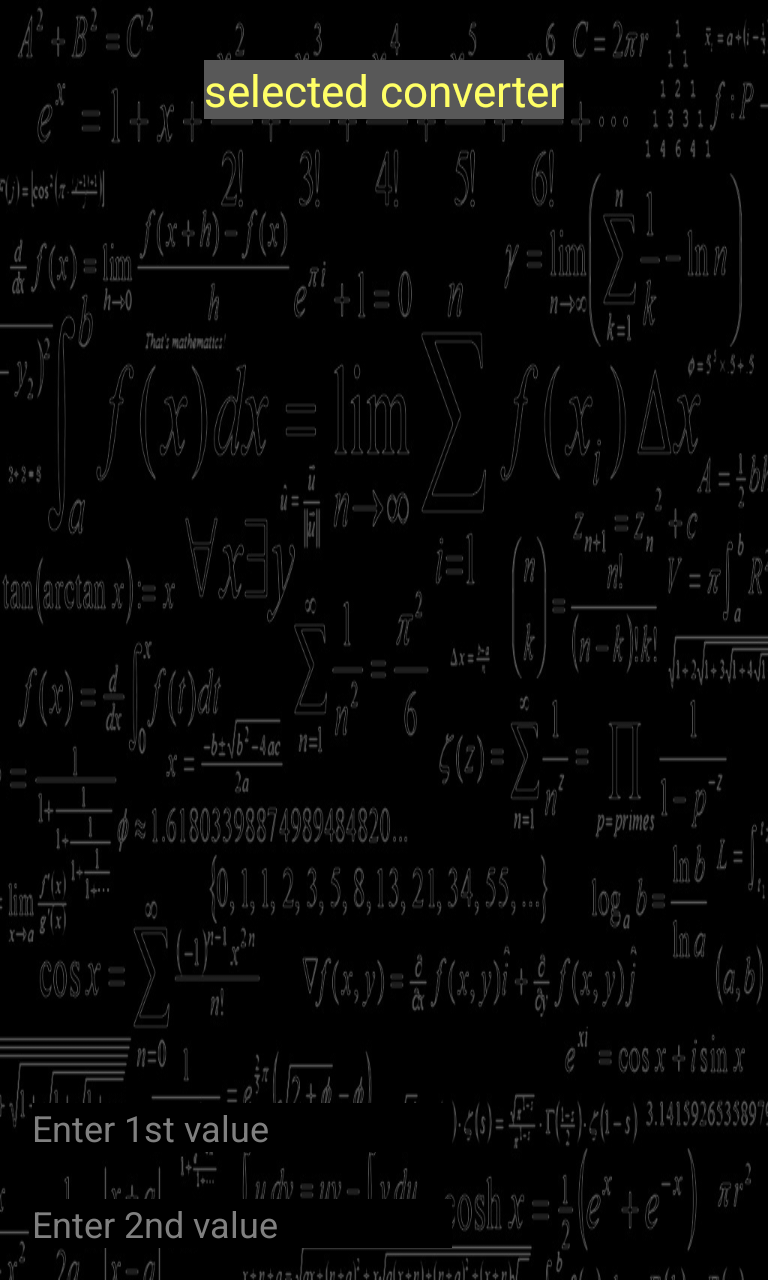
Repository: priyankaaj/practiced-apps
Layout: newProject/res/layout/converterlandscapemode.xml
The author's editor kept a copy of each file at every save. The layout is drawn from the files as they stood at one save, then again after the next save.
It is drawn on a 768 x 1280 px phone screen (xhdpi) without system bars, with theme AppTheme; the app's code is not run.

Above is the layout before, as saved 2015-09-28 17:38:23.

### newProject/res/layout/converterlandscapemode.xml
<RelativeLayout xmlns:android="http://schemas.android.com/apk/res/android"
    xmlns:tools="http://schemas.android.com/tools"
    android:layout_width="match_parent"
    android:layout_height="match_parent"
    android:background="@drawable/maths_wallpaper"
    android:paddingBottom="@dimen/activity_vertical_margin"
    android:paddingLeft="@dimen/activity_horizontal_margin"
    android:paddingRight="@dimen/activity_horizontal_margin"
    android:paddingTop="@dimen/activity_vertical_margin"
    tools:context=".MainActivity" >

    <TextView
        android:id="@+id/selectedconverter"
        android:layout_width="wrap_content"
        android:layout_height="wrap_content"
        android:layout_alignParentTop="true"
        android:layout_centerHorizontal="true"
        android:layout_marginTop="14dp"
        android:text="selected converter"
        android:background="#585858"
        android:textColor="#FFFF66"
        android:textAppearance="?android:attr/textAppearanceLarge" />

    <Spinner
        android:id="@+id/spinnerconvertoptions"
        android:layout_width="wrap_content"
        android:layout_height="wrap_content"
        android:layout_below="@+id/selectedconverter"
        android:layout_marginTop="19dp"
        android:background="#ffffff"
        android:textColor="#000000" />

    <Button
        android:id="@+id/buttoncancel"
        android:layout_width="wrap_content"
        android:layout_height="wrap_content"
        android:layout_alignBaseline="@+id/buttonsubmit"
        android:layout_alignBottom="@+id/buttonsubmit"
        android:layout_alignRight="@+id/spinnerconvertoptions"
        android:layout_marginRight="48dp"
        android:background="#ffffff"
        android:text="Reset"
        android:textColor="#000000" />

    <EditText
        android:id="@+id/entvalue2"
        android:layout_width="wrap_content"
        android:layout_height="wrap_content"
        android:layout_alignLeft="@+id/entvalue1"
        android:layout_alignParentBottom="true"
        android:background="#000000"
        android:ems="10"
        android:hint="Enter 2nd value"
        android:textColor="#ffffff" />

    <Button
        android:id="@+id/buttonsubmit"
        android:layout_width="wrap_content"
        android:layout_height="wrap_content"
        android:layout_above="@+id/entvalue2"
        android:layout_marginRight="22dp"
        android:layout_toLeftOf="@+id/buttoncancel"
        android:background="#ffffff"
        android:text="Submit"
        android:textColor="#000000" />

    <EditText
        android:id="@+id/entvalue1"
        android:layout_width="wrap_content"
        android:layout_height="wrap_content"
        android:layout_alignLeft="@+id/spinnerconvertoptions"
        android:layout_alignTop="@+id/buttonsubmit"
        android:background="#000000"
        android:ems="10"
        android:hint="Enter 1st value"
        android:textColor="#ffffff" >

        <requestFocus />
    </EditText>

</RelativeLayout>

Loaded but not shown: newProject/res/values/styles.xml (common file); newProject/res/values-v11/styles.xml (common file); newProject/res/values-v14/styles.xml (common file); newProject/res/values/dimens.xml (common file)

After the next save:
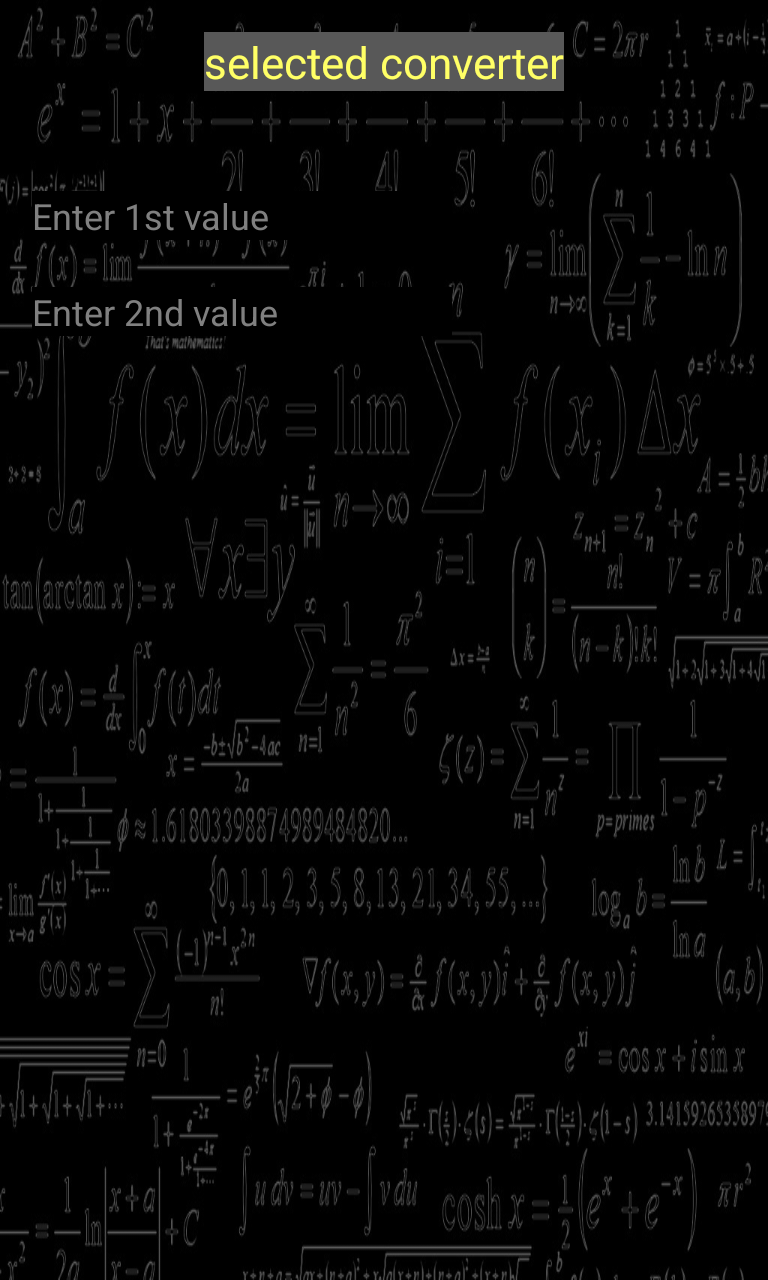
Saved 2 min 54 s later.
--- a/newProject/res/layout/converterlandscapemode.xml
+++ b/newProject/res/layout/converterlandscapemode.xml
@@ -9,18 +9,6 @@
     android:paddingTop="@dimen/activity_vertical_margin"
     tools:context=".MainActivity" >
 
-    <TextView
-        android:id="@+id/selectedconverter"
-        android:layout_width="wrap_content"
-        android:layout_height="wrap_content"
-        android:layout_alignParentTop="true"
-        android:layout_centerHorizontal="true"
-        android:layout_marginTop="14dp"
-        android:text="selected converter"
-        android:background="#585858"
-        android:textColor="#FFFF66"
-        android:textAppearance="?android:attr/textAppearanceLarge" />
-
     <Spinner
         android:id="@+id/spinnerconvertoptions"
         android:layout_width="wrap_content"
@@ -30,24 +18,35 @@
         android:background="#ffffff"
         android:textColor="#000000" />
 
-    <Button
-        android:id="@+id/buttoncancel"
+    <TextView
+        android:id="@+id/selectedconverter"
         android:layout_width="wrap_content"
         android:layout_height="wrap_content"
-        android:layout_alignBaseline="@+id/buttonsubmit"
-        android:layout_alignBottom="@+id/buttonsubmit"
-        android:layout_alignRight="@+id/spinnerconvertoptions"
-        android:layout_marginRight="48dp"
-        android:background="#ffffff"
-        android:text="Reset"
-        android:textColor="#000000" />
+        android:layout_alignParentTop="true"
+        android:layout_centerHorizontal="true"
+        android:background="#585858"
+        android:text="selected converter"
+        android:textAppearance="?android:attr/textAppearanceLarge"
+        android:textColor="#FFFF66" />
+
+    <EditText
+        android:id="@+id/entvalue1"
+        android:layout_width="wrap_content"
+        android:layout_height="wrap_content"
+        android:layout_alignLeft="@+id/spinnerconvertoptions"
+        android:layout_below="@+id/spinnerconvertoptions"
+        android:layout_marginTop="31dp"
+        android:background="#000000"
+        android:ems="10"
+        android:hint="Enter 1st value"
+        android:textColor="#ffffff" />
 
     <EditText
         android:id="@+id/entvalue2"
         android:layout_width="wrap_content"
         android:layout_height="wrap_content"
         android:layout_alignLeft="@+id/entvalue1"
-        android:layout_alignParentBottom="true"
+        android:layout_below="@+id/buttonsubmit"
         android:background="#000000"
         android:ems="10"
         android:hint="Enter 2nd value"
@@ -57,25 +56,22 @@
         android:id="@+id/buttonsubmit"
         android:layout_width="wrap_content"
         android:layout_height="wrap_content"
-        android:layout_above="@+id/entvalue2"
-        android:layout_marginRight="22dp"
+        android:layout_alignTop="@+id/entvalue1"
+        android:layout_marginRight="58dp"
         android:layout_toLeftOf="@+id/buttoncancel"
         android:background="#ffffff"
         android:text="Submit"
         android:textColor="#000000" />
 
-    <EditText
-        android:id="@+id/entvalue1"
+    <Button
+        android:id="@+id/buttoncancel"
         android:layout_width="wrap_content"
         android:layout_height="wrap_content"
-        android:layout_alignLeft="@+id/spinnerconvertoptions"
-        android:layout_alignTop="@+id/buttonsubmit"
-        android:background="#000000"
-        android:ems="10"
-        android:hint="Enter 1st value"
-        android:textColor="#ffffff" >
-
-        <requestFocus />
-    </EditText>
+        android:layout_above="@+id/entvalue2"
+        android:layout_alignRight="@+id/spinnerconvertoptions"
+        android:layout_marginRight="43dp"
+        android:background="#ffffff"
+        android:text="Reset"
+        android:textColor="#000000" />
 
 </RelativeLayout>
